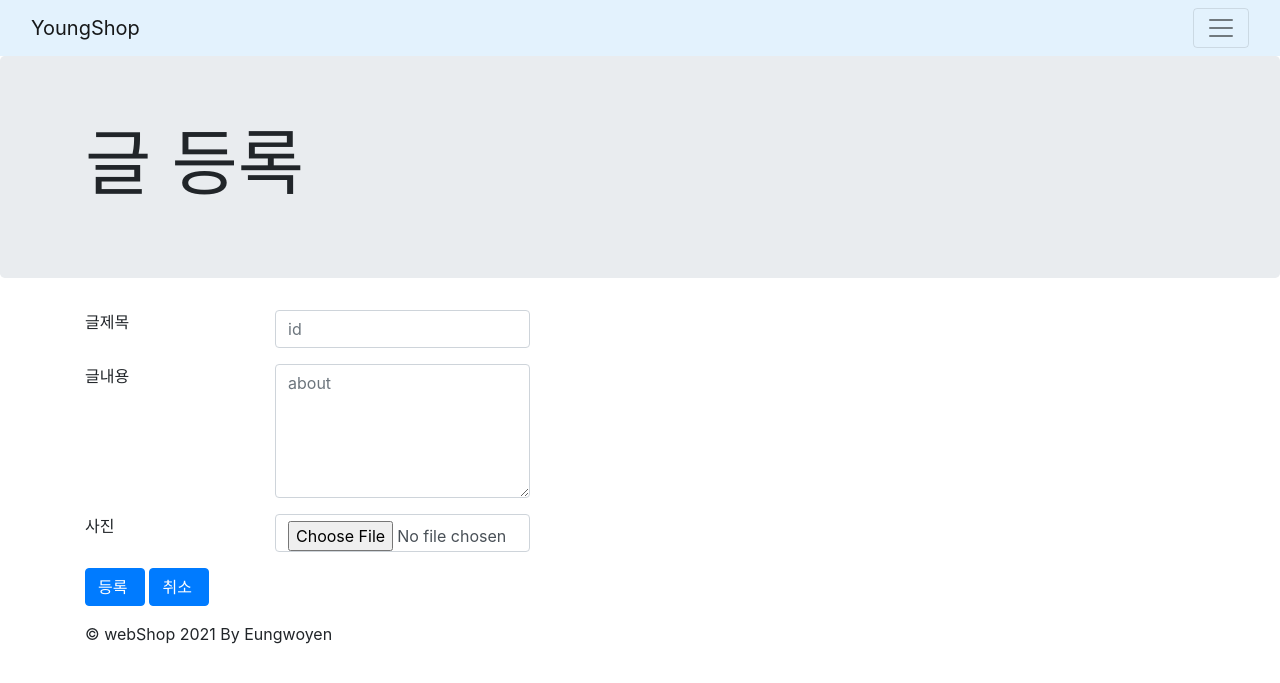
Repository: khss4008/JSP_project
Page: http://localhost/Webshop2/board/addBoard.jsp
An editor plug-in stored every save of this project. The page is shown before and after the next save, followed by the edit.
The browser window is 1280 px wide. The pictures show the whole page.
The page is served by Tomcat 9.

Above is the page before, as saved 2021-11-05 02:13:04.
Console error: TypeError: Cannot read properties of undefined (reading 'fn')

After the next save:
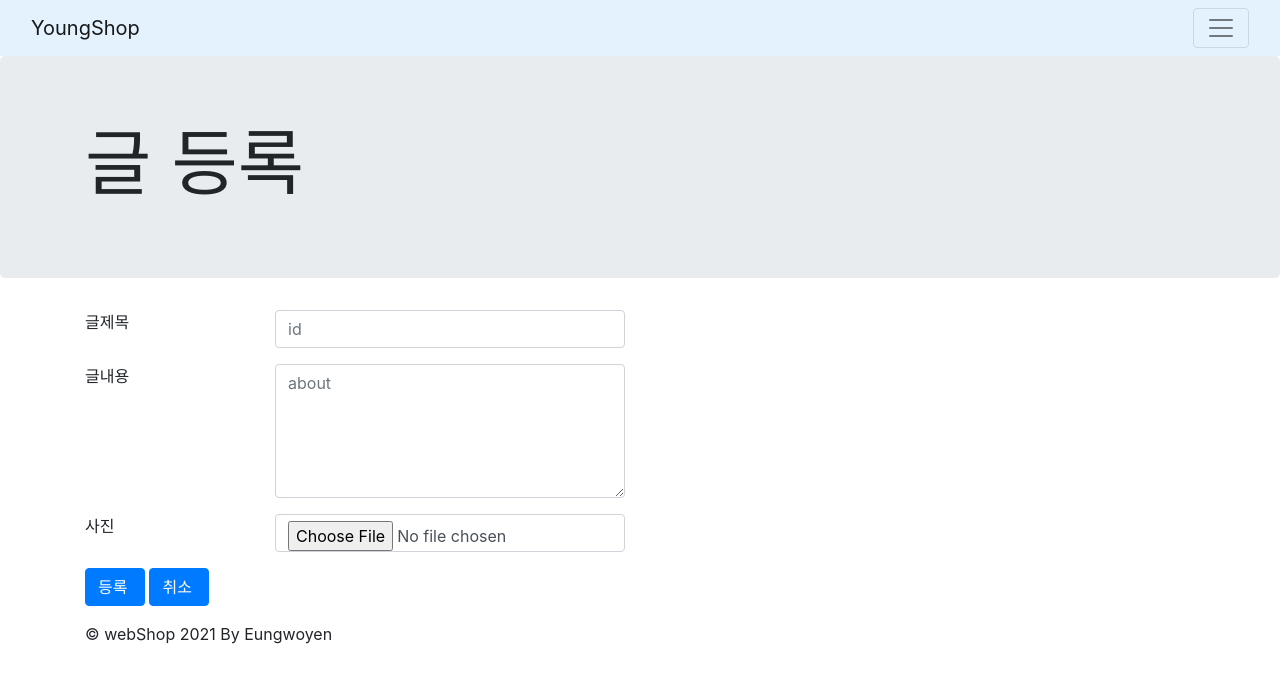
Saved 84 s later.
--- a/Webshop2/WebContent/board/addBoard.jsp
+++ b/Webshop2/WebContent/board/addBoard.jsp
@@ -18,7 +18,7 @@
       <form name="newProduct" class="form-horizontal"  action="addCheck.jsp" method="post" onsubmit="return checkForm()" enctype = "multipart/form-data">
          <div class="form-group  row">
             <label class="col-sm-2 ">글제목</label>
-            <div class="col-sm-3">
+            <div class="col-sm-4">
                <input name="id" type="text" class="form-control" placeholder="id" >
             </div>
          </div>
@@ -26,7 +26,7 @@
 
           <div class="form-group  row">
             <label class="col-sm-2">글내용</label>
-            <div class="col-sm-3">
+            <div class="col-sm-4">
                <textarea name = description rows = "5" cols = "20" class="form-control" placeholder = "about"></textarea>
             </div>
          </div>
@@ -34,7 +34,7 @@
 
           <div class="form-group  row">
             <label class="col-sm-2">사진</label>
-            <div class="col-sm-3">
+            <div class="col-sm-4">
                <input name="filename" type="file" class="form-control">
             </div>
          </div>
